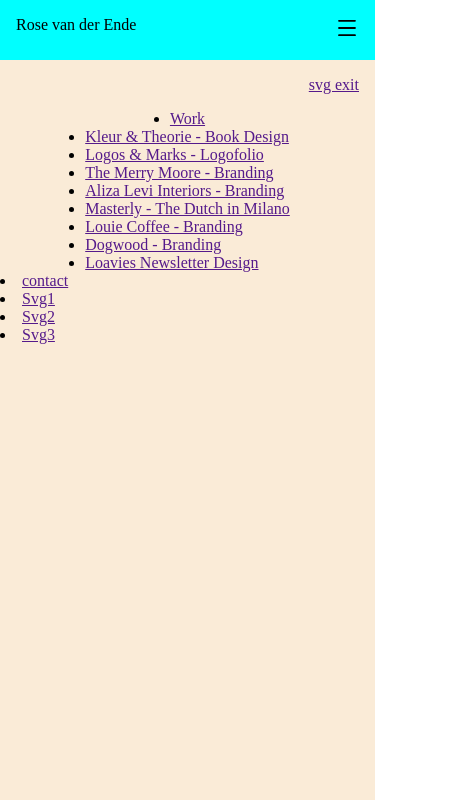
Repository: rahanwz/rose-project-daneshkar
Page: rose.html
These files come from the project's save history. The page is drawn as it stood at one moment and after the next save; the edit follows.
The browser window is 375 px wide. The page is 375 px wide, then 475 px, so the pictures cover 475 px, including what lies to the right of the window. The pictures show the whole page.

Above is the page before, as saved 2024-02-25 16:32:59.
Console error: TypeError: Cannot read properties of null (reading 'classList')

### rose.html
<!DOCTYPE html>
<html lang="en">
  <head>
    <meta charset="UTF-8" />
    <meta name="viewport" content="width=device-width, initial-scale=1.0" />
    <title>Rose</title>
    <link rel="stylesheet" href="rose.css" />
    <script src="Roe.js"></script>
  </head>
  <body>
    <div class="container">
      <div class="navbar">
        <div class="logo">
          <div class="name_logo">Rose van der Ende</div>
          <div class="hamber_menu">
            <a href="">
              <svg class="svg-icon" viewBox="0 0 20 20">
                <path
                  fill="none"
                  d="M3.314,4.8h13.372c0.41,0,0.743-0.333,0.743-0.743c0-0.41-0.333-0.743-0.743-0.743H3.314
								c-0.41,0-0.743,0.333-0.743,0.743C2.571,4.467,2.904,4.8,3.314,4.8z M16.686,15.2H3.314c-0.41,0-0.743,0.333-0.743,0.743
								s0.333,0.743,0.743,0.743h13.372c0.41,0,0.743-0.333,0.743-0.743S17.096,15.2,16.686,15.2z M16.686,9.257H3.314
								c-0.41,0-0.743,0.333-0.743,0.743s0.333,0.743,0.743,0.743h13.372c0.41,0,0.743-0.333,0.743-0.743S17.096,9.257,16.686,9.257z"
                ></path></svg
            ></a>
          </div>
        </div>
        <div class="menu">
          <div class="exit"><a href="">svg exit</a></div>

          <div class="work">
            <ul>
              <li><a href="">Work</a></li>
            </ul>
          </div>

          <div class="items">
            <ul>
              <li><a href="">Kleur & Theorie - Book Design</a></li>
              <li><a href="">Logos & Marks - Logofolio</a></li>
              <li><a href="">The Merry Moore - Branding</a></li>
              <li><a href="">Aliza Levi Interiors - Branding</a></li>
              <li><a href="">Masterly - The Dutch in Milano</a></li>
              <li><a href="">Louie Coffee - Branding</a></li>
              <li><a href="">Dogwood - Branding</a></li>
              <li><a href="">Loavies Newsletter Design</a></li>
            </ul>
          </div>

          <div class="contact">
            <li><a href="">contact</a></li>
          </div>
          <div class="icons">
            <li><a href="">Svg1</a></li>
            <li><a href="">Svg2</a></li>
            <li><a href="">Svg3</a></li>
          </div>
        </div>
      </div>
    </div>

<!-- <div class="menu_show">
          <div class="exit"><a href="">svg exit</a></div>

          <div class="work">
            <ul>
              <li><a href="">Work</a></li>
            </ul>
          </div>

          <div class="items">
            <ul>
              <li><a href="">Kleur & Theorie - Book Design</a></li>
              <li><a href="">Logos & Marks - Logofolio</a></li>
              <li><a href="">The Merry Moore - Branding</a></li>
              <li><a href="">Aliza Levi Interiors - Branding</a></li>
              <li><a href="">Masterly - The Dutch in Milano</a></li>
              <li><a href="">Louie Coffee - Branding</a></li>
              <li><a href="">Dogwood - Branding</a></li>
              <li><a href="">Loavies Newsletter Design</a></li>
            </ul>
          </div>

          <div class="contact">
            <li><a href="">contact</a></li>
          </div>
          <div class="icons">
            <li><a href="">Svg1</a></li>
            <li><a href="">Svg2</a></li>
            <li><a href="">Svg3</a></li>
          </div>
        </div> -->







  </body>
</html>

### rose.css
* {
  padding: 0;
  margin: 0;
  box-sizing: border-box;
}


.menu_show{
    display: none;
}
@media only screen and (max-width: 600px) {


.container {
  height: 100vh;
  background-color: antiquewhite;
}

.logo {
  padding: 1rem;
  display: flex;
  background-color: aqua;
  justify-content: space-between;
}
.svg-icon {
  width: 1.5em;
  height: 1.5em;
}

.svg-icon path,
.svg-icon polygon,
.svg-icon rect {
  fill: #000;
}

.svg-icon circle {
  stroke: #000;
  stroke-width: 2;
}

.hamber_menu {
}

.exit {
  display: flex;
  padding: 1rem;
  justify-content: flex-end;
}

.work {
  display: flex;
  justify-content: center;
}

.items {
  display: flex;
  justify-content: center;
}
.menu{

transform: ;

}

}

### Roe.js
const hamber_menu = document.querySelector('.hamber_menu');
const menu = document.querySelector('.menu');

hamber_menu.classList.addEventListener("click", () =>{

    hamber_menu.classList.addEventListener.toggle("active");
    menu.classList.addEventListener.toggle("active");


})

After the next save:
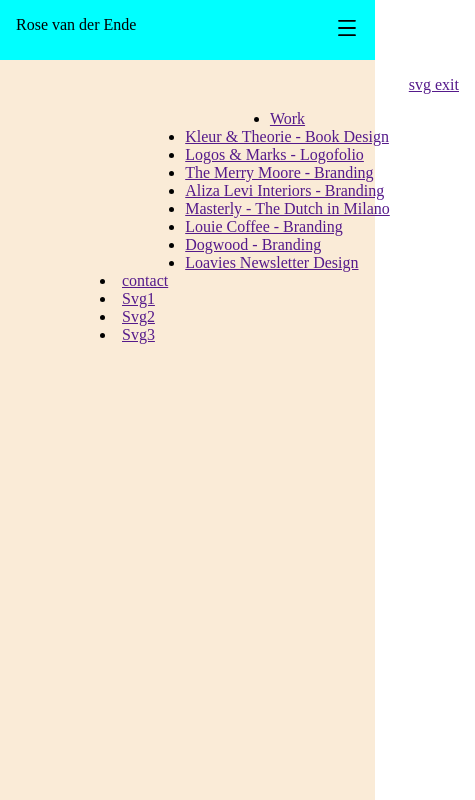
Saved 6 s later.
--- a/rose.css
+++ b/rose.css
@@ -58,7 +58,7 @@
 }
 .menu{
 
-transform: ;
+transform: translate(100px);
 
 }
 
